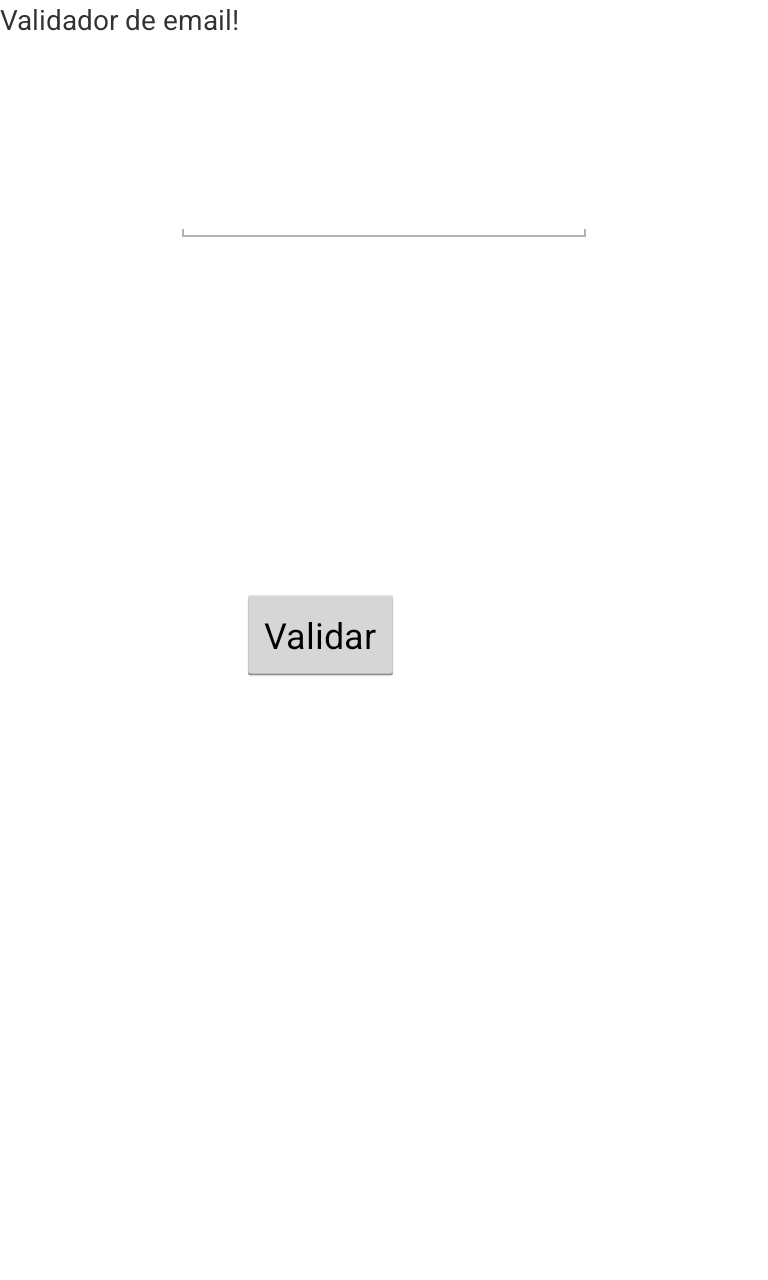
Repository: brownie-gt/SOA
Layout: Android/Validator/res/layout/activity_main.xml
These files come from the project's save history. The layout is drawn as it stood at one moment and after the next save; the edit follows.
It is drawn on a 768 x 1280 px phone screen (xhdpi) without system bars, with theme AppTheme; the app's code is not run.

Above is the layout before, as saved 2014-05-18 13:59:33.

### Android/Validator/res/layout/activity_main.xml
<RelativeLayout xmlns:android="http://schemas.android.com/apk/res/android"
    xmlns:tools="http://schemas.android.com/tools"
    android:layout_width="match_parent"
    android:layout_height="match_parent"
    tools:context="${packageName}.${activityClass}" >

    <TextView
        android:id="@+id/textView1"
        android:layout_width="wrap_content"
        android:layout_height="wrap_content"
        android:text="@string/hello_world" />

    <EditText
        android:id="@+id/textEmail"
        android:layout_width="wrap_content"
        android:layout_height="wrap_content"
        android:layout_below="@+id/textView1"
        android:layout_centerHorizontal="true"
        android:layout_marginTop="64dp"
        android:ems="10"
        android:inputType="textEmailAddress" >
    </EditText>

    <TextView
        android:id="@+id/textValidEmail"
        android:layout_width="wrap_content"
        android:layout_height="wrap_content"
        android:layout_below="@+id/textEmail"
        android:layout_centerHorizontal="true"
        android:layout_marginTop="36dp" />

    <Button
        android:id="@+id/button1"
        android:layout_width="wrap_content"
        android:layout_height="wrap_content"
        android:layout_below="@+id/textValidEmail"
        android:layout_marginTop="116dp"
        android:layout_toRightOf="@+id/textView1"
        android:text="Validar" />

</RelativeLayout>

### Android/Validator/res/values/strings.xml
<?xml version="1.0" encoding="utf-8"?>
<resources>

    <string name="app_name">Validator</string>
    <string name="hello_world">Validador de email!</string>

</resources>

Loaded but not shown: Android/Validator/res/values/styles.xml (common file); Android/Validator/res/values-v11/styles.xml (common file); Android/Validator/res/values-v14/styles.xml (common file)

After the next save:
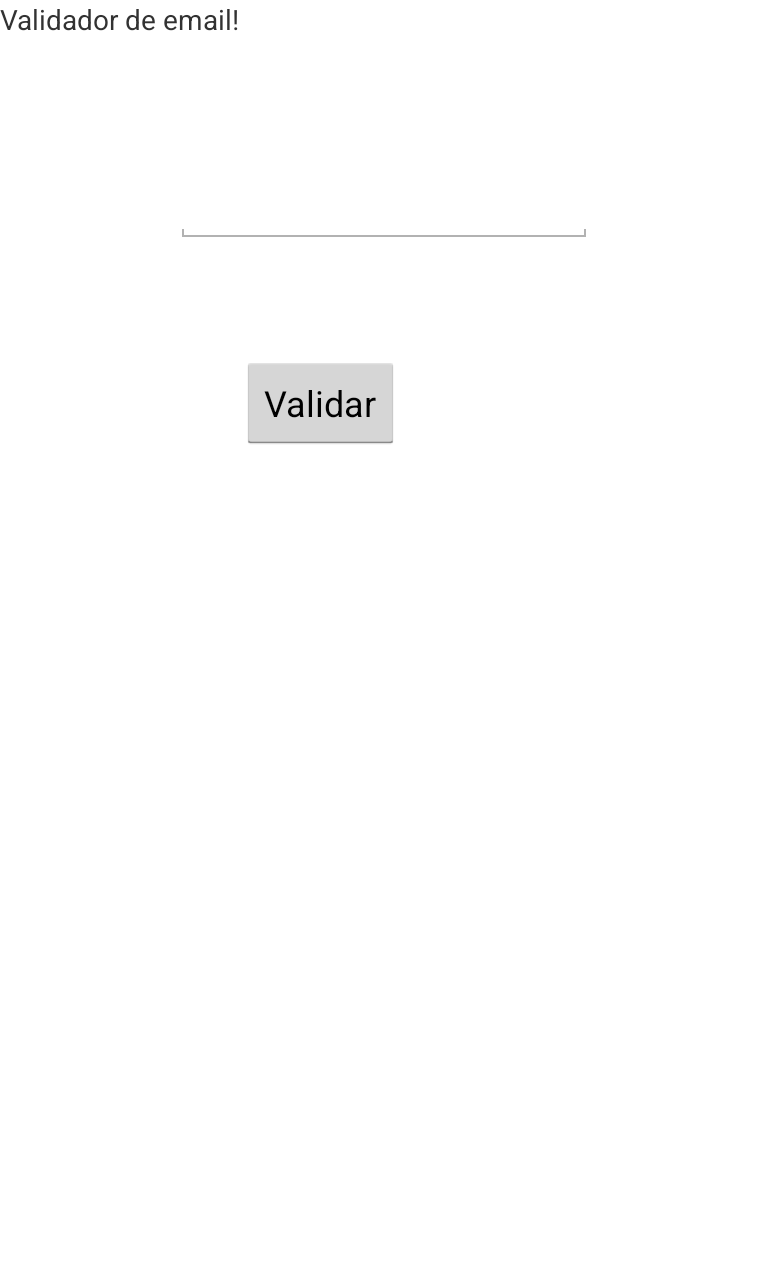
Saved 4 min 45 s later.
--- a/Android/Validator/res/layout/activity_main.xml
+++ b/Android/Validator/res/layout/activity_main.xml
@@ -21,21 +21,20 @@
         android:inputType="textEmailAddress" >
     </EditText>
 
+    <Button
+        android:id="@+id/button1"
+        android:layout_width="wrap_content"
+        android:layout_height="wrap_content"
+        android:layout_below="@+id/textValidEmail"
+        android:layout_marginTop="36dp"
+        android:layout_toRightOf="@+id/textView1"
+        android:text="Validar" />
+
     <TextView
         android:id="@+id/textValidEmail"
         android:layout_width="wrap_content"
         android:layout_height="wrap_content"
         android:layout_below="@+id/textEmail"
-        android:layout_centerHorizontal="true"
-        android:layout_marginTop="36dp" />
-
-    <Button
-        android:id="@+id/button1"
-        android:layout_width="wrap_content"
-        android:layout_height="wrap_content"
-        android:layout_below="@+id/textValidEmail"
-        android:layout_marginTop="116dp"
-        android:layout_toRightOf="@+id/textView1"
-        android:text="Validar" />
+        android:layout_centerHorizontal="true" />
 
 </RelativeLayout>
